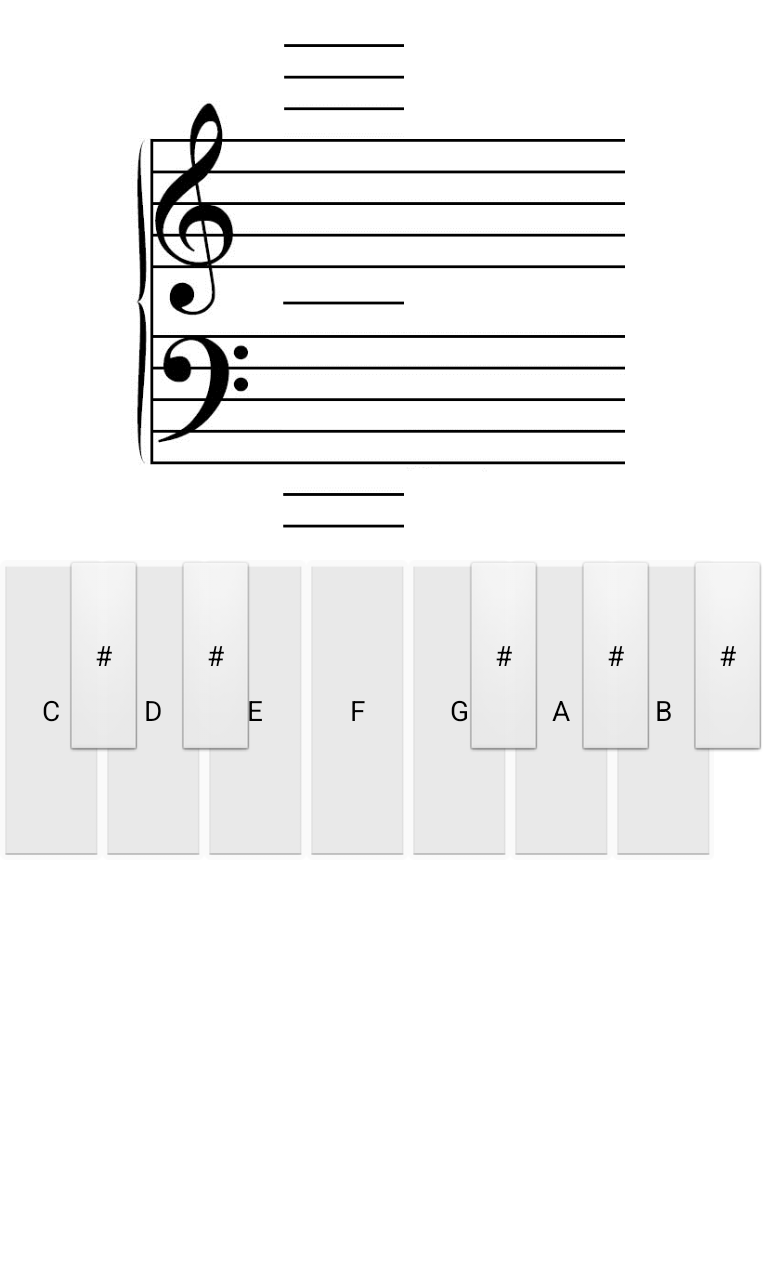
Repository: jockmahon/androidWorkSpace
Layout: Noteable/res/layout/staff_display.xml
These files come from the project's save history. The layout is drawn as it stood at one moment and after the next save; the edit follows.
It is drawn on a 768 x 1280 px phone screen (xhdpi) without system bars, with theme AppTheme; the app's code is not run. Lists and similar views that code fills are empty.

Above is the layout before, as saved 2014-09-15 17:35:14.

### Noteable/res/layout/staff_display.xml
<?xml version="1.0" encoding="utf-8"?>
<RelativeLayout xmlns:android="http://schemas.android.com/apk/res/android"
    xmlns:tools="http://schemas.android.com/tools"
    android:id="@+id/staff_layout"
    android:layout_width="match_parent"
    android:layout_height="match_parent"
    tools:ignore="ButtonStyle,HardcodedText,RtlHardcoded" >

    <ImageView
        android:id="@+id/staff"
        android:layout_width="match_parent"
        android:layout_height="280dp"
        android:contentDescription="@string/staff"
        android:paddingTop="10dp"
        android:src="@drawable/grand_staff" />

    <LinearLayout
        android:id="@+id/keyboard"
        android:layout_width="match_parent"
        android:layout_height="wrap_content"
        android:layout_below="@id/staff"
        android:orientation="horizontal"
        android:padding="0dp" >

        <Button
            android:id="@+id/btn_c"
            android:layout_width="@dimen/width_note_btn"
            android:layout_height="@dimen/height_note_btn"
            android:background="@drawable/btn_default_holo_light"
            android:text="C"/>

        <Button
            android:id="@+id/btn_d"
            android:layout_width="@dimen/width_note_btn"
            android:layout_height="@dimen/height_note_btn"
            android:background="@drawable/btn_default_holo_light"
            android:text="D" />

        <Button
            android:id="@+id/btn_e"
            android:layout_width="@dimen/width_note_btn"
            android:layout_height="@dimen/height_note_btn"
            android:background="@drawable/btn_default_holo_light"
            android:text="E" />

        <Button
            android:id="@+id/btn_f"
            android:layout_width="@dimen/width_note_btn"
            android:layout_height="@dimen/height_note_btn"
            android:background="@drawable/btn_default_holo_light"
            android:text="F" />

        <Button
            android:id="@+id/btn_g"
            android:layout_width="@dimen/width_note_btn"
            android:layout_height="@dimen/height_note_btn"
            android:background="@drawable/btn_default_holo_light"
            android:text="G" />

        <Button
            android:id="@+id/btn_a"
            android:layout_width="@dimen/width_note_btn"
            android:layout_height="@dimen/height_note_btn"
            android:background="@drawable/btn_default_holo_light"
            android:text="A" />

        <Button
            android:id="@+id/btn_b"
            android:layout_width="@dimen/width_note_btn"
            android:layout_height="@dimen/height_note_btn"
            android:background="@drawable/btn_default_holo_light"
            android:text="B" />
    </LinearLayout>

    <LinearLayout
        android:id="@+id/sharp_buttons"
        android:layout_width="match_parent"
        android:layout_height="wrap_content"
        android:layout_below="@id/staff"
        android:orientation="horizontal"
        android:paddingLeft="@dimen/padding_sharp_notes"
        android:paddingRight="0dp" >

        <Button
            android:id="@+id/btn_c_sharp"
            android:layout_width="@dimen/width_sharp_note_btn"
            android:layout_height="@dimen/height_sharp_note_btn"
            android:layout_marginRight="@dimen/margin_right_small"
            android:text="#" />

        <Button
            android:id="@+id/btn_d_sharp"
            android:layout_width="@dimen/width_sharp_note_btn"
            android:layout_height="@dimen/height_sharp_note_btn"
            android:layout_marginRight="@dimen/margin_right_big"
            android:text="#" />

        <Button
            android:id="@+id/btn_f_sharp"
            android:layout_width="@dimen/width_sharp_note_btn"
            android:layout_height="@dimen/height_sharp_note_btn"
            android:layout_marginRight="@dimen/margin_right_small"
            android:text="#" />

        <Button
            android:id="@+id/btn_g_sharp"
            android:layout_width="@dimen/width_sharp_note_btn"
            android:layout_height="@dimen/height_sharp_note_btn"
            android:layout_marginRight="@dimen/margin_right_small"
            android:text="#" />

        <Button
            android:id="@+id/btn_a_sharp"
            android:layout_width="@dimen/width_sharp_note_btn"
            android:layout_height="@dimen/height_sharp_note_btn"
            android:text="#" />
    </LinearLayout>

    <ListView
        android:id="@+id/lv_history"
        android:layout_width="match_parent"
        android:layout_height="match_parent"
        android:layout_below="@id/keyboard" >
    </ListView>

</RelativeLayout>

### Noteable/res/values/strings.xml
<?xml version="1.0" encoding="utf-8"?>
<resources>

    <string name="app_name">Notable</string>
    <string name="action_settings">Settings</string>
    <string name="hello_world">Hello world!</string>
    <string name="staff">Staff</string>
    <string name="include_sharps">Include Sharps</string>
    <string name="include_flats">Include Flats</string>

</resources>

### Noteable/res/values-sw320dp/dimens.xml
<?xml version="1.0" encoding="utf-8"?>
<resources>
    <dimen name="width_note_btn">51dp</dimen>
    <dimen name="width_sharp_note_btn">40dp</dimen>

    <dimen name="height_note_btn">150dp</dimen>
    <dimen name="height_sharp_note_btn">100dp</dimen>

    <dimen name="padding_sharp_notes">32dp</dimen>
    <dimen name="margin_right_small">16dp</dimen>
    <dimen name="margin_right_big">104dp</dimen>


    <integer name="width_note_img">150</integer>
    <integer name="height_note_img">150</integer>

    <integer name="y_note_img">410</integer>
    <integer name="y_offset_note_img">-15</integer>
    <integer name="y_octive_offset_note_img">-113</integer>
    <integer name="x_note_img">470</integer>
</resources>

### Noteable/res/values-sw600dp/dimens.xml
<?xml version="1.0" encoding="utf-8"?>
<resources>
    <dimen name="width_note_btn">84dp</dimen>
    <dimen name="width_sharp_note_btn">64dp</dimen>

    <dimen name="height_note_btn">300dp</dimen>
    <dimen name="height_sharp_note_btn">170dp</dimen>

    <dimen name="padding_sharp_notes">52dp</dimen>

    <integer name="width_note_img">150</integer>
    <integer name="height_note_img">150</integer>

    <integer name="y_note_img">410</integer>
    <integer name="y_offset_note_img">-15</integer>
    <integer name="y_octive_offset_note_img">-113</integer>
    <integer name="x_note_img">470</integer>


</resources>

### Noteable/res/values/dimens.xml
<resources>
    <dimen name="width_note_btn">84dp</dimen>
    <dimen name="width_sharp_note_btn">64dp</dimen>

    <dimen name="height_note_btn">300dp</dimen>
    <dimen name="height_sharp_note_btn">170dp</dimen>

    <dimen name="padding_sharp_notes">52dp</dimen>

    <integer name="width_note_img">150</integer>
    <integer name="height_note_img">150</integer>

    <integer name="y_note_img">410</integer>
    <integer name="y_offset_note_img">-15</integer>
    <integer name="y_octive_offset_note_img">-113</integer>
    <integer name="x_note_img">470</integer>


</resources>

Loaded but not shown: Noteable/res/values/styles.xml (common file); Noteable/res/drawable/btn_default_holo_light.xml (common file)

After the next save:
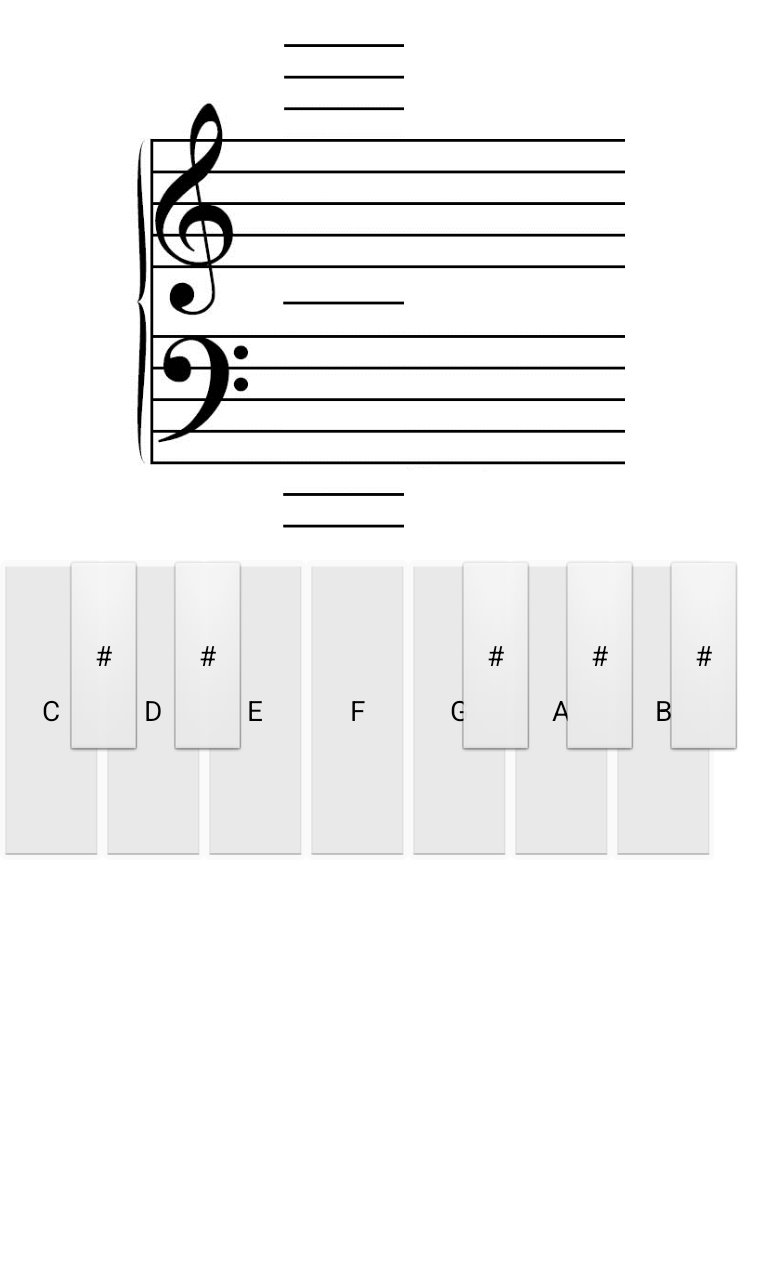
Saved 7 s later.
--- a/Noteable/res/values-sw320dp/dimens.xml
+++ b/Noteable/res/values-sw320dp/dimens.xml
@@ -7,7 +7,7 @@
     <dimen name="height_sharp_note_btn">100dp</dimen>
 
     <dimen name="padding_sharp_notes">32dp</dimen>
-    <dimen name="margin_right_small">16dp</dimen>
+    <dimen name="margin_right_small">12dp</dimen>
     <dimen name="margin_right_big">104dp</dimen>
 
 
